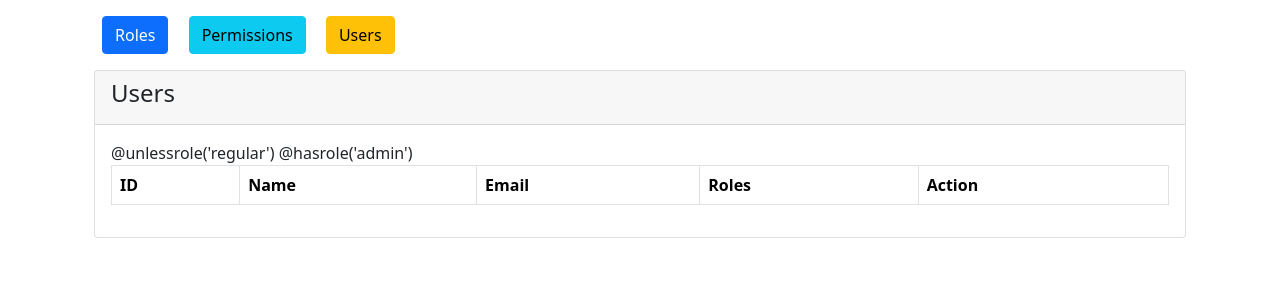
Repository: viisantos/permission_demo
Page: http://localhost/users
An editor plug-in stored every save of this project. The page is shown before and after the next save, followed by the edit.
The browser window is 1280 px wide. The pictures show the whole page.
The page is served by the project's Laravel application, run on PHP 8.4 with Laravel 10. Other server files are loaded and not shown. Queries for data that is not in the repository find no rows.

Above is the page before, as saved 2024-05-25 21:42:11.

### routes/web.php
<?php

use App\Http\Controllers\ProfileController;
use Illuminate\Support\Facades\Route;

/*
|--------------------------------------------------------------------------
| Web Routes
|--------------------------------------------------------------------------
|
| Here is where you can register web routes for your application. These
| routes are loaded by the RouteServiceProvider and all of them will
| be assigned to the "web" middleware group. Make something great!
|
*/

Route::get('/', function () {
    return view('welcome');
});

Route::get('/dashboard', function () {
    return view('dashboard');
})->middleware(['auth', 'verified'])->name('dashboard');

/*
Route::middleware('auth')->group(function () {

});*/

Route::group(['middleware' => ['role:super-admin|admin|regular']], function () {
    Route::get('/profile', [ProfileController::class, 'edit'])->name('profile.edit');
    Route::patch('/profile', [ProfileController::class, 'update'])->name('profile.update');
    Route::delete('/profile', [ProfileController::class, 'destroy'])->name('profile.destroy');
    Route::name('profile.destroy')->middleware('permission:delete role');
    Route::resource('permissions', App\Http\Controllers\PermissionController::class);
    //Route::get('permissions/{permissionId}/delete', [App\Http\Controllers\PermissionController::class, 'destroy']);
    Route::resource('roles', App\Http\Controllers\RoleController::class);
   // Route::get('roles/{roleId}/delete', [App\Http\Controllers\RoleController::class, 'destroy']);
    Route::get('roles/{role}/add-permissions', [App\Http\Controllers\RoleController::class, 'addPermissionToRole'])->name('roles.add-permissions');
    Route::put('roles/{role}/give-permissions', [App\Http\Controllers\RoleController::class, 'givePermissionToRole'])->name('roles.give-permissions');
    Route::resource('users', App\Http\Controllers\UserController::class);
    //Route::get('users/{userId}/delete', [App\Http\Controllers\UserController::class, 'destroy']);
});

require __DIR__.'/auth.php';

### app/Http/Controllers/UserController.php
<?php

namespace App\Http\Controllers;

use Illuminate\Http\Request;
use App\Models\User;
use Illuminate\Support\Facades\Hash;
use Spatie\Permission\Models\Role;

class UserController extends Controller
{
    public function __construct(){
        $this->middleware('permission:delete user', ['only' => ['destroy']]);
        $this->middleware('permission:update user', ['only' => ['update','edit']]);
        $this->middleware('permission:view user',   ['only' => ['index','show']]);
        $this->middleware('permission:create user', ['only' => ['create','store']]);
    }
    public function index(){
        $users = User::get();
        return view('role-permission.user.index', compact('users'));
    }

    public function create(){
        $roles = Role::pluck('name','name')->all();
        return view('role-permission.user.create', compact('roles'));
    }
    public function store(Request $request){
     /*
        $request->validate([
            'name' => 'required|string|max:255',
            'email' => 'required|email|max:255',
            'password' => 'required|string|min:8|max:20',
            'roles' => 'required'
        ]);*/


        $user = User::create([
            'name'  => $request->name,
            'email' => $request->email,
            'password' => Hash::make($request->password),
        ]);


        $user->syncRoles($request->roles);


        return redirect('/users')->with('status','User created successfully with roles');

    }

    public function edit(User $user){
        $roles = Role::pluck('name','name')->all();
        $userRoles = $user->roles->pluck('name','name')->all();

        return view('role-permission.user.edit', compact('user','roles','userRoles'));
    }

    public function update(Request $request, User $user){

        $data = [
            'name'  => $request->name,
            'email' => $request->email
        ];

        if(!empty($request->password)){
            $data += [
                'password' => Hash::make($request->password),
            ];
        }

        $user->update($data);
        $user->syncRoles($request->roles);

        return redirect('/users')->with('status','User updated successfully');
    }

    public function destroy(User $user){
        //$user = User::findOrFail($userId);
        $user->delete();
        return redirect('/users')->with('status','User deleted successfully');
    }
}

### resources/views/role-permission/user/index.blade.php
<head>
    <link href="https://cdn.jsdelivr.net/npm/bootstrap@5.3.2/dist/css/bootstrap.min.css" rel="stylesheet" integrity="sha384-T3c6CoIi6uLrA9TneNEoa7RxnatzjcDSCmG1MXxSR1GAsXEV/Dwwykc2MPK8M2HN" crossorigin="anonymous">
    <link rel="stylesheet" href="https://cdn.jsdelivr.net/npm/bootstrap@5.1.3/dist/css/bootstrap.min.css" />
</head>
@include('role-permission.nav-links')
<div class="container">
    <div class="row">
        <div class="col-md-12">
            @if(session('status'))
                <div class="alert alert-success">
                    {{ session('status') }}
                </div>
            @endif
            <div class="card mt-3">
                <div class="card-header">
                    <h4>Users</h4>
                    @can('create user')
                        <a href="{{ route('users.create') }}" class="btn btn-primary float-end">Add User</a>
                    @endcan
                </div>
                <div class="card-body">
                    <table class="table table-bordered table-striped">
                        <thead>
                            <tr>
                                <th>ID</th>
                                <th>Name</th>
                                <th>Email</th>
                                <th>Roles</th>

                                @unlessrole('regular')
                                @hasrole('admin')
                                <th>Action</th>

                            </tr>
                        </thead>
                        <tbody>
                            @foreach($users as $user)
                                <tr>
                                    <td>{{ $user->id }}</td>
                                    <td>{{ $user->name }}</td>
                                    <td>{{ $user->email }}</td>
                                    <td>
                                        @if(!empty($user->getRoleNames()))
                                            @foreach($user->getRoleNames() as $rolename)
                                                <label class="badge bg-primary mx-1">{{ $rolename }}</label>
                                            @endforeach
                                        @endif
                                    </td>
                                    @haspermission('update user|delete user')
                                    <td>
                                        @can('update user')
                                            <a href="{{ route('users.edit', ['user' => $user->id]) }}" class="btn btn-success">Edit</a>
                                        @endcan
                                        @can('delete user')
                                            <form action="{{ route('users.destroy', $user->id) }}" method="POST" style="display: inline;">
                                                @csrf
                                                @method('DELETE')
                                                <button type="submit" class="btn btn-danger">Delete</button>
                                            </form>
                                        @endcan
                                    </td>
                                    @endhaspermission
                                </tr>
                            @endforeach
                        </tbody>
                    </table>
                </div>
            </div>
        </div>
    </div>
</div>

### resources/views/role-permission/nav-links.blade.php
<div class="container mt-3">
    <a href="{{ route('roles.index') }}" class="btn btn-primary mx-2">Roles</a>
    <a href="{{ route('permissions.index') }}" class="btn btn-info mx-2">Permissions</a>
    <a href="{{ route('users.index') }}" class="btn btn-warning mx-2">Users</a>
</div>

Loaded but not shown: routes/auth.php (common file); app/Http/Controllers/Auth/EmailVerificationPromptController.php (common file); app/Http/Controllers/Controller.php (common file); app/Http/Controllers/Auth/VerifyEmailController.php (common file); app/Models/User.php (common file)

After the next save:
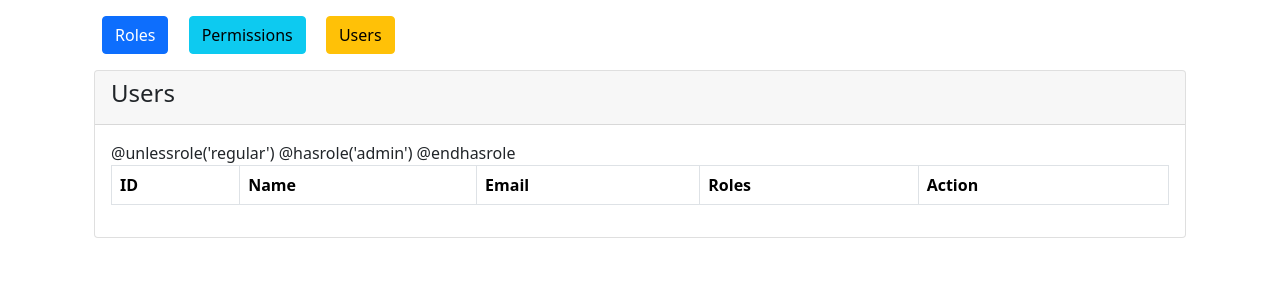
Saved 6 s later.
--- a/resources/views/role-permission/user/index.blade.php
+++ b/resources/views/role-permission/user/index.blade.php
@@ -30,6 +30,8 @@
                                 @unlessrole('regular')
                                 @hasrole('admin')
                                 <th>Action</th>
+                                @endhasrole
+
 
                             </tr>
                         </thead>
